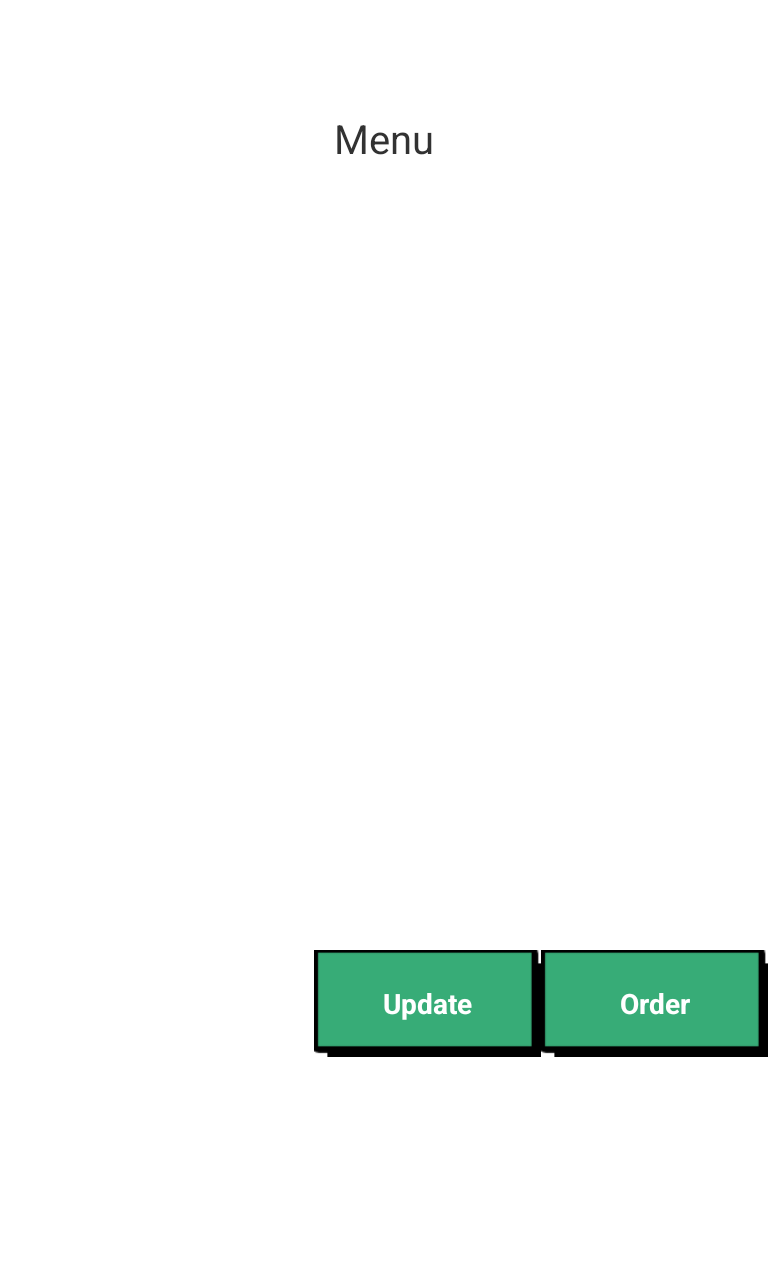
Repository: VanThi/Smart_Order
Layout: Project OS/Project_SO/res/layout/menu_item.xml
These files come from the project's save history. The layout is drawn as it stood at one moment and after the next save; the edit follows.
It is drawn on a 768 x 1280 px phone screen (xhdpi) without system bars, with theme AppTheme; the app's code is not run. Lists and similar views that code fills are empty.

Above is the layout before, as saved 2013-11-09 12:57:31.

After the next save:
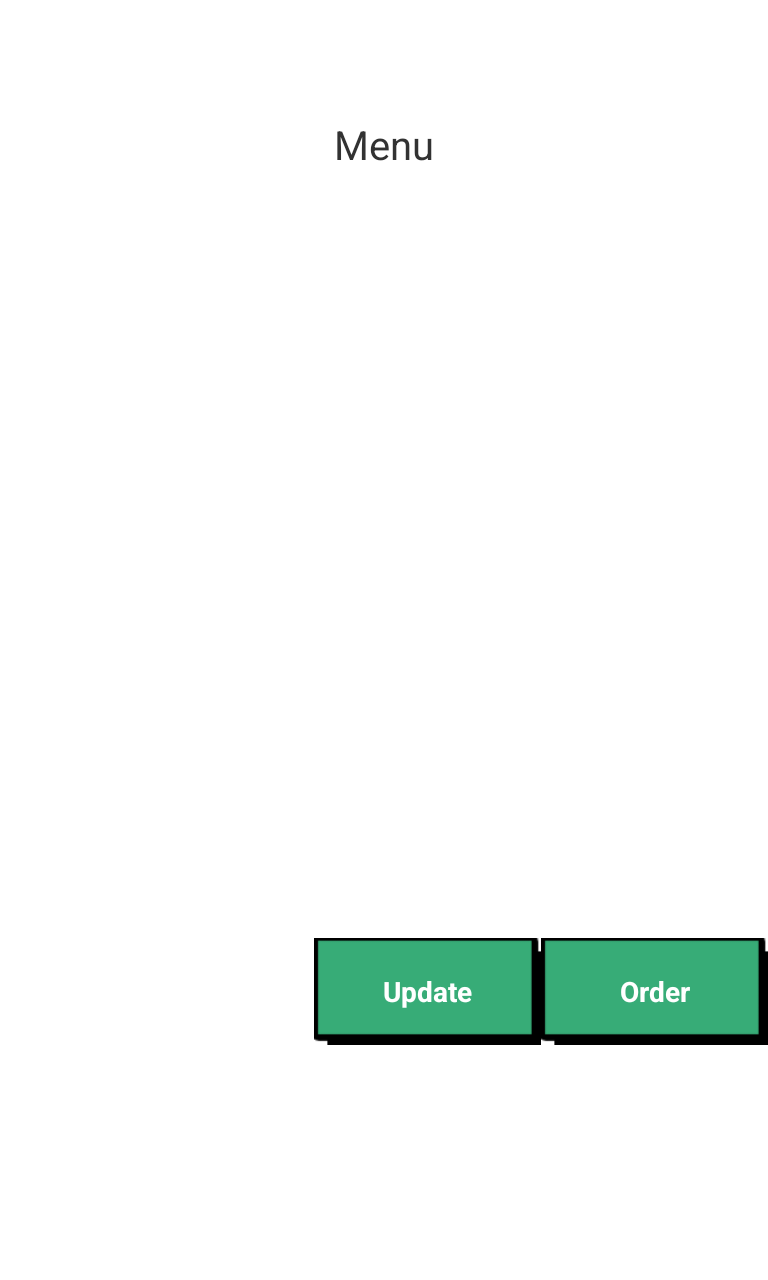
Saved 25 s later.
--- a/Project OS/Project_SO/res/layout/menu_item.xml
+++ b/Project OS/Project_SO/res/layout/menu_item.xml
@@ -27,7 +27,7 @@
     <TextView
         android:id="@+id/total"
         android:layout_width="wrap_content"
-        android:layout_height="wrap_content"
+        android:layout_height="0dp"
         android:textAppearance="?android:attr/textAppearanceLarge"
         android:textIsSelectable="true"
         android:weight="1" />

After the save that followed:
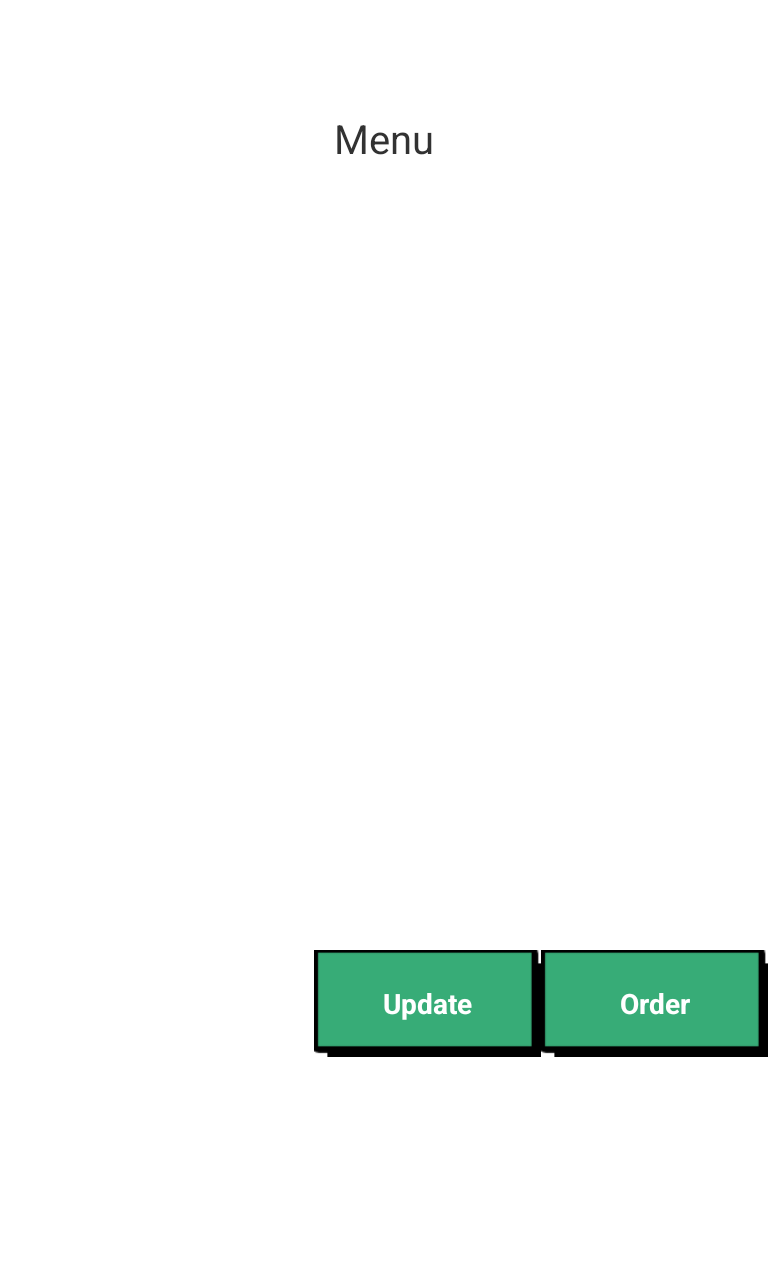
Saved 17 s later.
--- a/Project OS/Project_SO/res/layout/menu_item.xml
+++ b/Project OS/Project_SO/res/layout/menu_item.xml
@@ -27,7 +27,7 @@
     <TextView
         android:id="@+id/total"
         android:layout_width="wrap_content"
-        android:layout_height="0dp"
+        android:layout_height="wrap_content"
         android:textAppearance="?android:attr/textAppearanceLarge"
         android:textIsSelectable="true"
         android:weight="1" />
